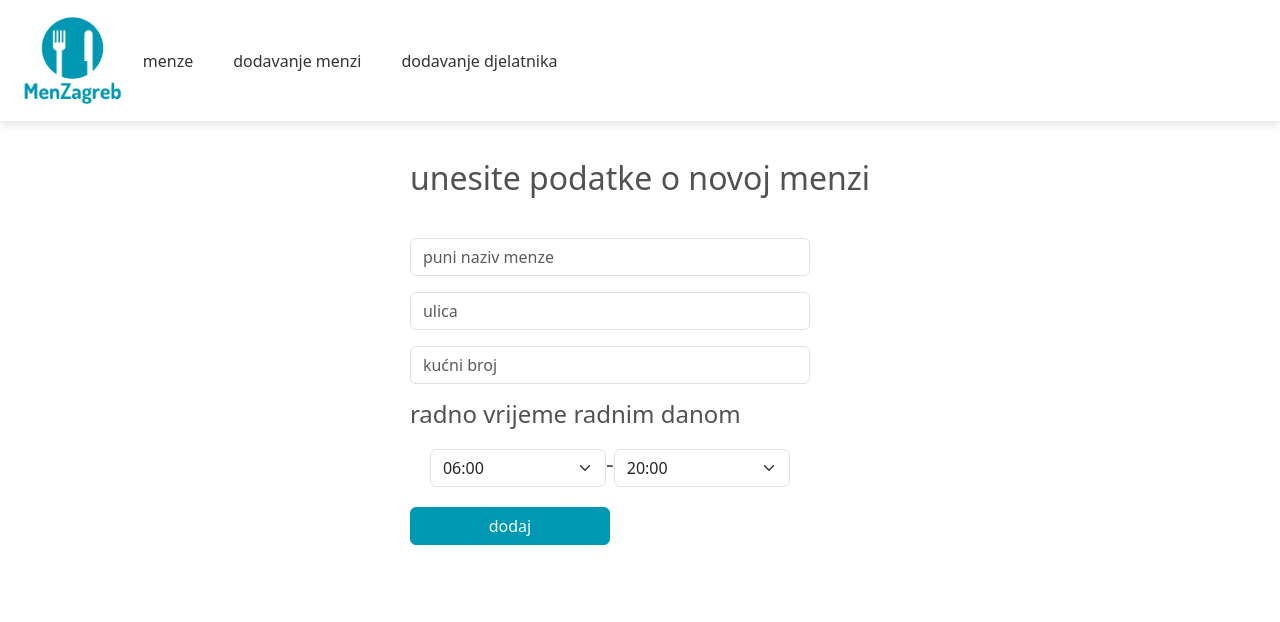
Repository: MENZG/menZg
Page: /admin/dodajDjelatnika (app in IzvorniKod/)
An editor plug-in stored every save of this project. The page is shown before and after the next save, followed by the edit.
The browser window is 1280 px wide. The pictures show the whole page.
The project was rebuilt for these pictures with package versions that can differ from the ones it lists, and the page was loaded fresh each time. Also part of the build but not shown: IzvorniKod/vite.config.ts, IzvorniKod/src/Components/LoginForm.tsx, IzvorniKod/src/Components/AdminLogin.tsx, IzvorniKod/src/Components/EmployeeLogin.tsx, IzvorniKod/src/Components/NavBar.tsx, IzvorniKod/src/Components/ListaMenza.tsx, IzvorniKod/src/Components/Profil.tsx, IzvorniKod/src/Components/AddMenza.tsx and 5 more.

Above is the page before, as saved 2024-11-06 20:30:14.

After the next save:
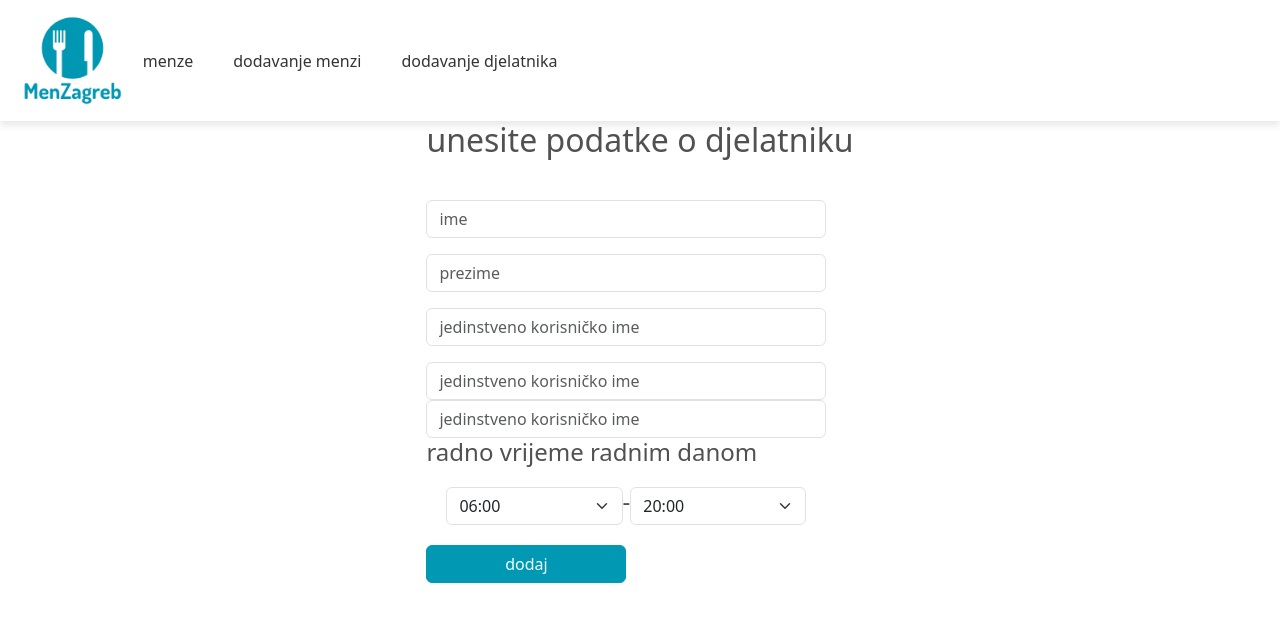
Saved 2 min 57 s later.
--- a/IzvorniKod/src/Components/AddEmployee.tsx
+++ b/IzvorniKod/src/Components/AddEmployee.tsx
@@ -6,13 +6,21 @@ const AddEmployee = () => {
     <>
       <NavBarAdmin />
       <div className="dodaj-djelatnika-container">
-        <h2 className="h2">unesite podatke o novoj menzi</h2>
+        <h2 className="h2">unesite podatke o djelatniku</h2>
         <Form className="w-100" style={{ maxWidth: "400px" }}>
           <Form.Group className="mb-3">
             <Form.Control
               className="form-control"
-              type="text"
-              placeholder="puni naziv menze"
+              type="name"
+              placeholder="ime"
+            />
+          </Form.Group>
+
+          <Form.Group className="mb-3">
+            <Form.Control
+              className="form-control"
+              type="last-name"
+              placeholder="prezime"
             />
           </Form.Group>
 
@@ -20,17 +28,21 @@ const AddEmployee = () => {
             <Form.Control
               className="form-control"
               type="text"
-              placeholder="ulica"
+              placeholder="jedinstveno korisničko ime"
             />
           </Form.Group>
 
-          <Form.Group className="mb-3">
-            <Form.Control
-              className="form-control"
-              type="text"
-              placeholder="kućni broj"
-            />
-          </Form.Group>
+          <Form.Control
+            className="form-control"
+            type="text"
+            placeholder="jedinstveno korisničko ime"
+          />
+
+          <Form.Control
+            className="form-control"
+            type="text"
+            placeholder="jedinstveno korisničko ime"
+          />
 
           <h4 className="h4">radno vrijeme radnim danom</h4>
           <div className="select-container">
